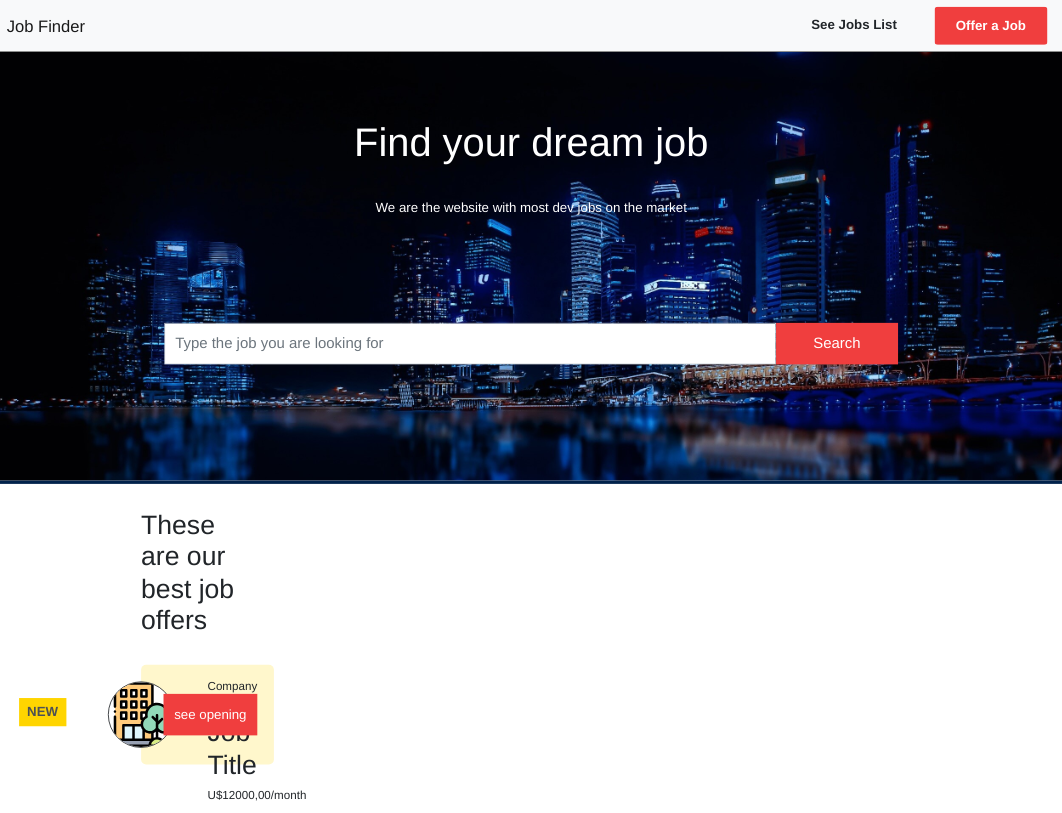
Repository: doncsar/couse-jobfinder-app
Page: templates/index.html
The author's editor kept a copy of each file at every save. The page is drawn from the files as they stood at one save, then again after the next save.
The browser window is 1280 px wide. The pictures show the whole page, at 83% of full size.

Above is the page before, as saved 2023-12-20 19:37:13.

### templates/index.html
<!DOCTYPE html>
<html lang="en">
   <head>
      <meta charset="UTF-8" />
      <meta name="viewport" content="width=device-width, initial-scale=1.0" />
      <title>Job Finder</title>
      <link
         href="https://cdn.jsdelivr.net/npm/bootstrap@5.2.3/dist/css/bootstrap.min.css"
         rel="stylesheet"
         integrity="sha384-rbsA2VBKQhggwzxH7pPCaAqO46MgnOM80zW1RWuH61DGLwZJEdK2Kadq2F9CUG65"
         crossorigin="anonymous"
      />
      <link rel="stylesheet" href="../public/css/styles.css" />
   </head>
   <body>
      <header>
         <nav class="navbar fixed-top navbar-expand-lg navbar-light bg-light">
            <a href="index.html" class="navbar-brand">Job Finder</a>
            <button
               class="navbar-toggler"
               type="button"
               data-bs-toggle="collapse"
               data-bs-target="#navbarNav"
               aria-controls="navbarNav"
               aria-expanded="false"
               aria-label="Toggle navigation "
            >
               <span class="navbar-toggle-icon"></span>
            </button>
            <div
               class="collapse navbar-collapse justify-content-end"
               id="navbarNav"
            >
               <ul class="navbar-nav ml-auto">
                  <li class="nav-item">
                     <a class="nav-link" href="index.html">See Jobs List</a>
                  </li>
                  <li class="nav-item">
                     <a href="#" class="nav-link btn btn-primary"
                        >Offer a Job</a
                     >
                  </li>
               </ul>
            </div>
         </nav>
      </header>
      <div class="container-fluid" id="top-container">
         <h1 class="text-center" id="main-title">Find your dream job</h1>
         <p id="main-subtitle" class="text-center">
            We are the website with most dev jobs on the market
         </p>
         <form action="" id="search-form" class="form-inline">
            <div class="row">
               <div class="form-group col-md-10">
                  <input
                     type="text"
                     class="form-control"
                     id="job"
                     name="job"
                     placeholder="Type the job you are looking for"
                  />
               </div>
               <div class="col-md-2">
                  <button class="btn btn-primary" type="submit">Search</button>
               </div>
            </div>
         </form>
      </div>
      <main>
         <div id="jobs-container" class="container">
            <div class="row">
               <div class="col-md-2">
                  <h2 id="job-list-title">These are our best job offers</h2>
                  <ul id="job-list" class="list-group">
                     <li class="new-job list-group-item">
                        <img
                           src="../public/img/company.svg"
                           alt="company brand"
                        />
                        <p>Company Name</p>
                        <h2>Job Title</h2>
                        <p>U$12000,00/month</p>
                        <span class="new-job-label">NEW</span>
                        <a href="#" class="btn btn-primary">see opening</a>
                     </li>
                  </ul>
               </div>
            </div>
         </div>
      </main>

      <script
         src="https://cdn.jsdelivr.net/npm/bootstrap@5.2.3/dist/js/bootstrap.bundle.min.js"
         integrity="sha384-kenU1KFdBIe4zVF0s0G1M5b4hcpxyD9F7jL+jjXkk+Q2h455rYXK/7HAuoJl+0I4"
         crossorigin="anonymous"
      ></script>
   </body>
</html>

### public/css/styles.css
* {
   box-sizing: border-box;
   font-family: Helvetica, sans-serif;
}

/* nav */
.navbar {
   padding: 0.5rem;
   border-bottom: 1px solid #333;
   display: flex;
   justify-content: space-around;
}

.navbar .nav-item a {
   color: #212529;

}

.navbar .btn a {
   color: #fff;
}

.nav-item {
   margin: 0 10px;
}

.navbar-expand-lg .navbar-nav .nav-link {
   padding: 10px 25px;
   font-weight: bold;
}

.navbar .nav-item .btn {
   color: #fff;
   background-color: #f03e3e;
   border: 1px solid transparent;
   border-radius: 4px;
}

.nav-link.btn.btn-primary:hover,
#search-form button:hover,
.list-group-item a:hover,
#form-box button:hover {
   background-color: #fff;
   color: #f03e3e;
   border-color: #f03e3e;
   border-radius: 4px;
}

/* banner */
#top-container {
   padding: 110px;
   background-color: #f7f9fc;
   border-bottom: 4px solid #01224b;
   margin-bottom: 30px;
   background-image: url('../img/banner2.jpg');
   background-position: 0 100px;
   background-size: cover;
   color: #fff;
}

#main-title {
   padding: 30px;
   font-size: 3rem;
   margin-top: .2rem;
}

#main-subtitle {
   font-size: 1rem;
   padding-bottom: 80px;
}

/* form */

#search-form {
   padding: 30px 100px;
}

#search-form .col-md-10,
#search-form .col-md-2 {
   padding: 0;
}

#search-form input,
#search-form button {
   width: 100%;
   border-radius: 0;
   height: 50px;
   font-size: 18px;
}

#search-form button {
   color: #fff;
   background-color: #f03e3e;
   border: 1px solid transparent;
}

/* lista */

#jobs-container {
   padding: 0 100px;
   padding-bottom: 50px;
}

#job-list .list-group-item {
   margin-bottom: 8px;
   border: 1px solid #ccc;
   padding: 15px 80px;
   color: #212529;
   height: 120px;
}

#job-list .list-group-item p {
   font-size: 14px;
   margin-bottom: 5px;
}

#job-list .list-group-item.new-job {
   border: none;
   background-color: #fff7cc;
}

#job-list-title {
   margin-bottom: 35px;
}

.list-group-item img {
   width: 80px;
   border: 1px solid #212529;
   border-radius: 50%;
   background-color: #fff;
   position: absolute;
   left: -40px;
   top: calc(50% - 40px);
}

.list-group-item a {
   position: absolute;
   right: 20px;
   top: 35px;
   height: 50px;
   line-height: 35px;
   background-color: #f03e3e;
   border: 1px solid transparent;
   border-radius: 0;
   color: #fff;
}

.new-job-label {
   background-color: #ffd500;
   color: #4d5154;
   text-transform: uppercase;
   font-weight: bold;
   padding: 5px 10px;
   position: absolute;
   right: 250px;
   top: 40px;
   display: none;
}

.new-job .new-job-label {
   display: block;
}

/* add page */

#add-form-container {
   margin-top: 100px;
}

#form-box {
   padding: 50px;
   box-shadow: 0 1px 5px rgba(0, 0, 0, 0.15);
   border-radius: 4px;
   background-color: #fff;
   margin-bottom: 50px;
}

#add-form-container h1 {
   margin-bottom: 20px;
}

#add-form-container h2 {
   color: #f03e3e;
   font-weight: bold;
   font-size: 24px;
   margin-bottom: 30px;
}

#add-form-container form label {
   font-weight: bold;
}

#add-form-container form input,
#add-form-container form textarea {
   border: 2px solid #ccc;
   background-color: #f8f9fa;
}

#form-box button {
   height: 50px;
   width: 200px;
   background-color: #f03e3e;
   border: 1px solid transparent;
   border-radius: 0;
   margin-top: 20px;
}

/* job-view */

#job-view-container {
   margin-top: 100px;
}

#job-view-container h1 {
   margin-bottom: 30px;
}

#img-container {
   margin-top: 20px;
   margin-bottom: 30px;
}

#img-container img {
   width: 100px;
   border-radius: 50%;
   border: 1px solid #212529;
}

.job-desc {
   width: 60%;
   margin-left: auto;
   margin-right: auto;
}

.bold {
   font-weight: bold;
}

.main-color {
   color: #f03e3e;
}

.back-link {
   border: 1px solid #f03e3e;
   padding: 5px 10px;
   transition: 0.5s;
}

.back-link:hover {
   background-color: #f03e3e;
   color: #fff;
   text-decoration: none;
}

/* responsivo */

@media (max-width: 481px) {
   /* navbar */
   #navbarNav {
      text-align: center;
   }

   /* home */
   #top-container {
      padding: 50px;
      padding-top: 100px;
   }

   #main-title {
      font-size: 2.2rem;
   }

   #main-subtitle {
      font-size: 1.5rem;
   }

   #search-form {
      padding: 0;
   }

   #jobs-container {
      padding: 20px;
   }

   .list-group-item {
      padding: 15px 85px;
   }

   .list-group-item h2 {
      font-size: 1.2rem;
      width: 80%;
   }

   .list-group-item img {
      width: 50px;
      left: 15px;
      top: calc(50% - 25px);
   }

   .new-job .new-job-label {
      display: none;
   }

   /* job view*/

   .back-link {
      margin-left: 30px;
   }

   #job-view-container p {
      font-size: 1.3rem;
   }

   .job-desc {
      width: 80%;
   }

   /* add view */

   #form-box {
      padding: 25px;
   }

   #form-box h2 {
      font-size: 1rem;
      text-align: center;
   }

   #form-box button {
      width: 100%;
   }
}

After the next save:
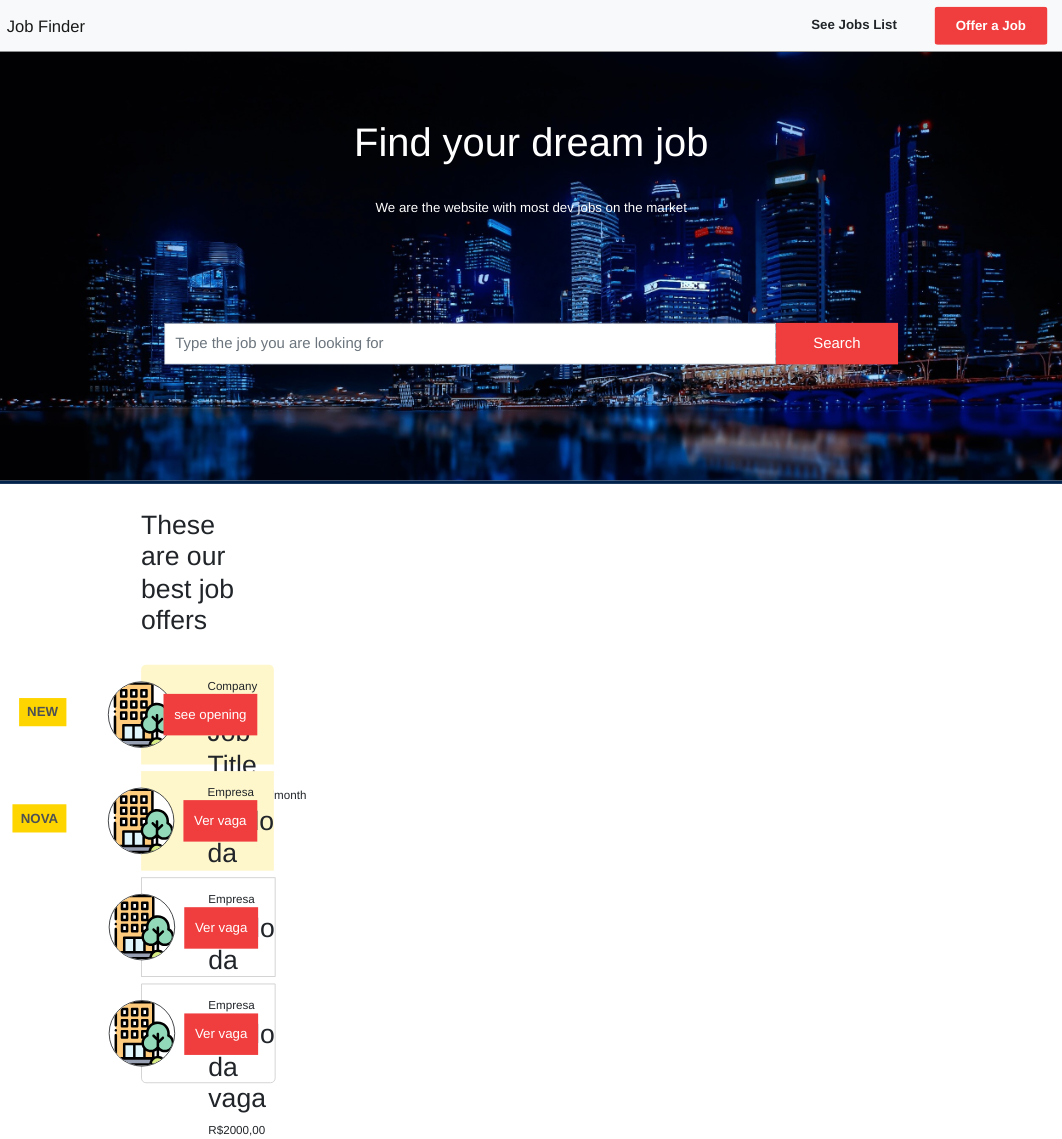
Saved 2 min 51 s later.
--- a/templates/index.html
+++ b/templates/index.html
@@ -83,6 +83,28 @@
                         <span class="new-job-label">NEW</span>
                         <a href="#" class="btn btn-primary">see opening</a>
                      </li>
+                     <li class="list-group-item new-job">
+              <img src="public/img/company.svg" alt="Company">
+              <p>Empresa</p>
+              <h2>Título da vaga</h2>
+              <p>R$2000,00</p>
+              <span class="new-job-label">Nova</span>
+              <a class="btn btn-primary">Ver vaga</a>
+            </li>
+            <li class="list-group-item">
+              <img src="public/img/company.svg" alt="Company">
+              <p>Empresa</p>
+              <h2>Título da vaga</h2>
+              <p>R$2000,00</p>
+              <a class="btn btn-primary">Ver vaga</a>
+            </li>
+            <li class="list-group-item">
+              <img src="public/img/company.svg" alt="Company">
+              <p>Empresa</p>
+              <h2>Título da vaga</h2>
+              <p>R$2000,00</p>
+              <a class="btn btn-primary">Ver vaga</a>
+            </li>
                   </ul>
                </div>
             </div>
